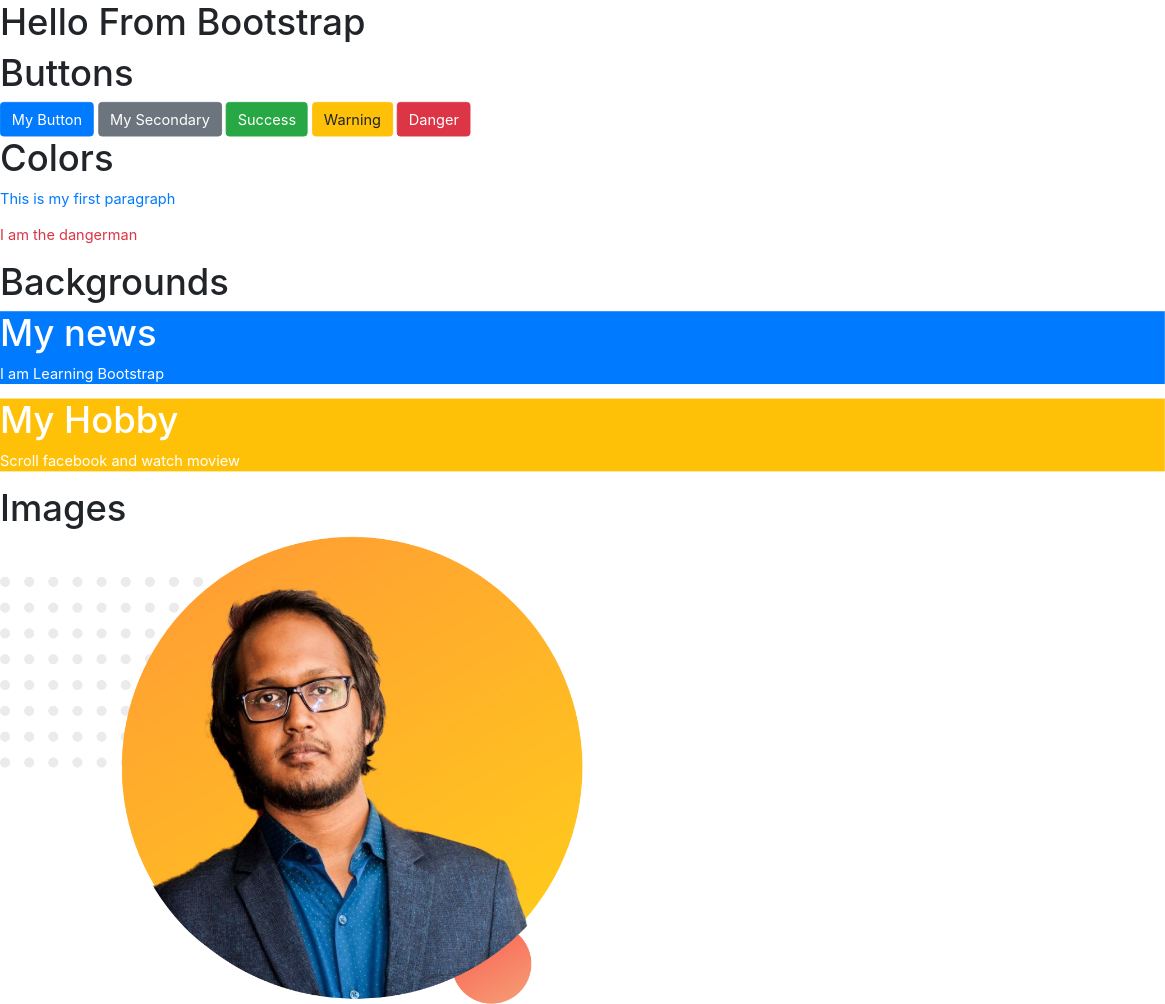
Repository: mohsinfarabi/bootstrap-practice
Page: index.html
The author's editor kept a copy of each file at every save. The page is drawn from the files as they stood at one save, then again after the next save.
The browser window is 1280 px wide. The pictures show the whole page, at 91% of full size.

Above is the page before, as saved 2020-07-06 02:59:03.

### index.html
<!DOCTYPE html>
<html lang="en">

<head>
    <meta charset="UTF-8">
    <meta name="viewport" content="width=device-width, initial-scale=1.0">
    <title>Document</title>
    <link rel="stylesheet" href="css\bootstrap\css\bootstrap.min.css">
</head>

<body>
    <h1>Hello From Bootstrap</h1>
    <h1>Buttons</h1>
    <button class="btn btn-primary">My Button</button>
    <button class="btn btn-secondary">My Secondary</button>
    <button class="btn btn-success">Success</button>
    <button class="btn btn-warning">Warning</button>
    <button class="btn btn-danger">Danger</button>

    <h1>Colors</h1>
    <p class="text-primary">This is my first paragraph</p>
    <p class="text-danger">I am the dangerman</p>

    <h1>Backgrounds</h1>
    <div class="bg-primary text-white">
        <h1>My news</h1>
        <p>I am Learning Bootstrap</p>
    </div>
    <div class="bg-warning text-white">
        <h1>My Hobby</h1>
        <p>Scroll facebook and watch moview</p>
    </div>

    <h1>Images</h1>
    <img src="images/profile1.png" class="img-fluid w-50" alt="">
</body>

</html>

Loaded but not shown: css/bootstrap/css/bootstrap.min.css (library)

After the next save:
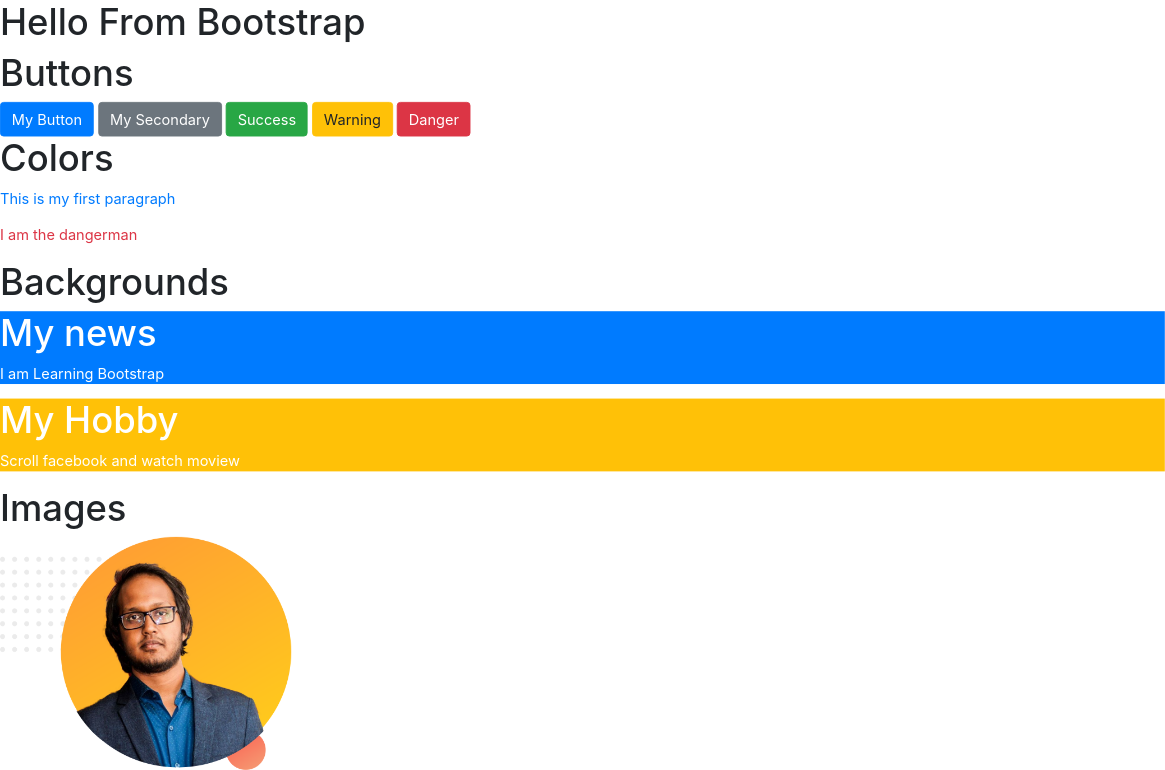
Saved 10 s later.
--- a/index.html
+++ b/index.html
@@ -32,7 +32,7 @@
     </div>
 
     <h1>Images</h1>
-    <img src="images/profile1.png" class="img-fluid w-50" alt="">
+    <img src="images/profile1.png" class="img-fluid w-25" alt="">
 </body>
 
 </html>
